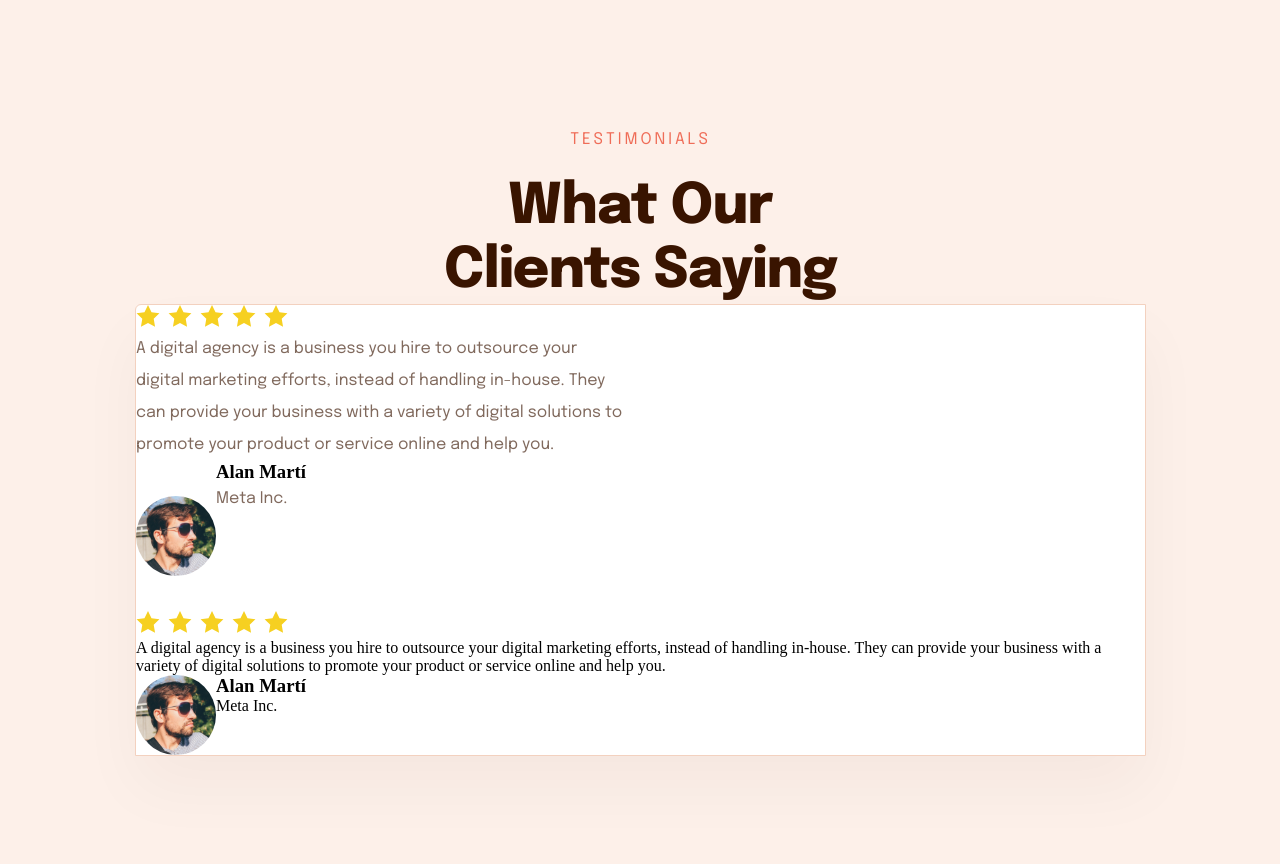
Repository: simralgasimov/task
Page: index.html
These files come from the project's save history. The page is drawn as it stood at one moment and after the next save; the edit follows.
The browser window is 1280 px wide. The pictures show the whole page.

Above is the page before, as saved 2023-09-06 13:32:27.

### index.html
<!DOCTYPE html>
<html lang="en">
  <head>
    <meta charset="UTF-8" />
    <meta name="viewport" content="width=device-width, initial-scale=1.0" />
    <title>Document</title>
    <link rel="stylesheet" href="index.css" />
  </head>
  <body>
    <div class="container">
      <h1>Testimonials</h1>
      <h2>
        What Our <br />
        Clients Saying
      </h2>
      <div class="comment">
        <div class="left-box"></div>
        <div class="right-box"></div>
        <div class="first-box">
          <div class="box-1">
            <img src="./img/star.svg" alt="" />
            <p>
              A digital agency is a business you hire to outsource your digital
              marketing efforts, instead of handling in-house. They can provide
              your business with a variety of digital solutions to promote your
              product or service online and help you.
            </p>
           <div class="user">
            <img src="./img/Oval.svg" alt="">
            <div class="user-info">
                <h3>Alan Martí</h3>
            <p>Meta Inc.</p>
            </div>




           </div>
            </div>
<div class="nth2-box">
    <div class="box-2">
        <img src="./img/star.svg" alt="" />
        <p>
          A digital agency is a business you hire to outsource your digital
          marketing efforts, instead of handling in-house. They can provide
          your business with a variety of digital solutions to promote your
          product or service online and help you.
        </p>
       <div class="user">
        <img src="./img/Oval.svg" alt="">
        <div class="user-info">
            <h3>Alan Martí</h3>
        <p>Meta Inc.</p>
        </div>
  </div>
</div>
</div>

      </div>
    </div>
  </body>
</html>

### index.css
@import url("https://fonts.googleapis.com/css2?family=Epilogue:wght@400;700;800;900&display=swap");

* {
  margin: 0;
  padding: 0;
  box-sizing: border-box;
}

.container {
  background: #fdf0e9;
  padding: 124px 134px 108px 135px;
}

.container h1 {
  color: var(--Text_Dark_Accent, #ef6d58);
  text-align: center;
  font-feature-settings: "clig" off, "liga" off;
  font-family: Epilogue;
  font-size: 16px;
  font-style: normal;
  font-weight: 400;
  line-height: 32px;
  letter-spacing: 3px;
  text-transform: uppercase;
}

.container h2 {
  margin-top: 20px;
  color: var(--Text_Dark, #391400);
  text-align: center;
  font-feature-settings: "clig" off, "liga" off;
  font-family: Epilogue;
  font-size: 56px;
  font-style: normal;
  font-weight: 800;
  line-height: 64px;
  letter-spacing: -1px;
}

.container .comment {
background-color: red;

  border-radius: 6px 0px 0px 0px;
  border: 1px solid #f3d1bf;
  background: #fff;
  box-shadow: 0px 32px 64px 0px rgba(57, 20, 0, 0.04);
}
.container .comment .box-1 p {
  width: 490px;
  height: 128px;
}
.user {
  display: flex;
}

.container .comment .first-box .box-1 p {
  color: var(--Text_Dark_Gray, rgba(57, 20, 0, 0.64));
  font-feature-settings: "clig" off, "liga" off;

  /* Text */
  font-family: Epilogue;
  font-size: 16px;
  font-style: normal;
  font-weight: 400;
  line-height: 32px; /* 200% */
}

.nt2-box {
  border-radius: 0px 0px 6px 6px;
  border: 1px solid #f3d1bf;
}

After the next save:
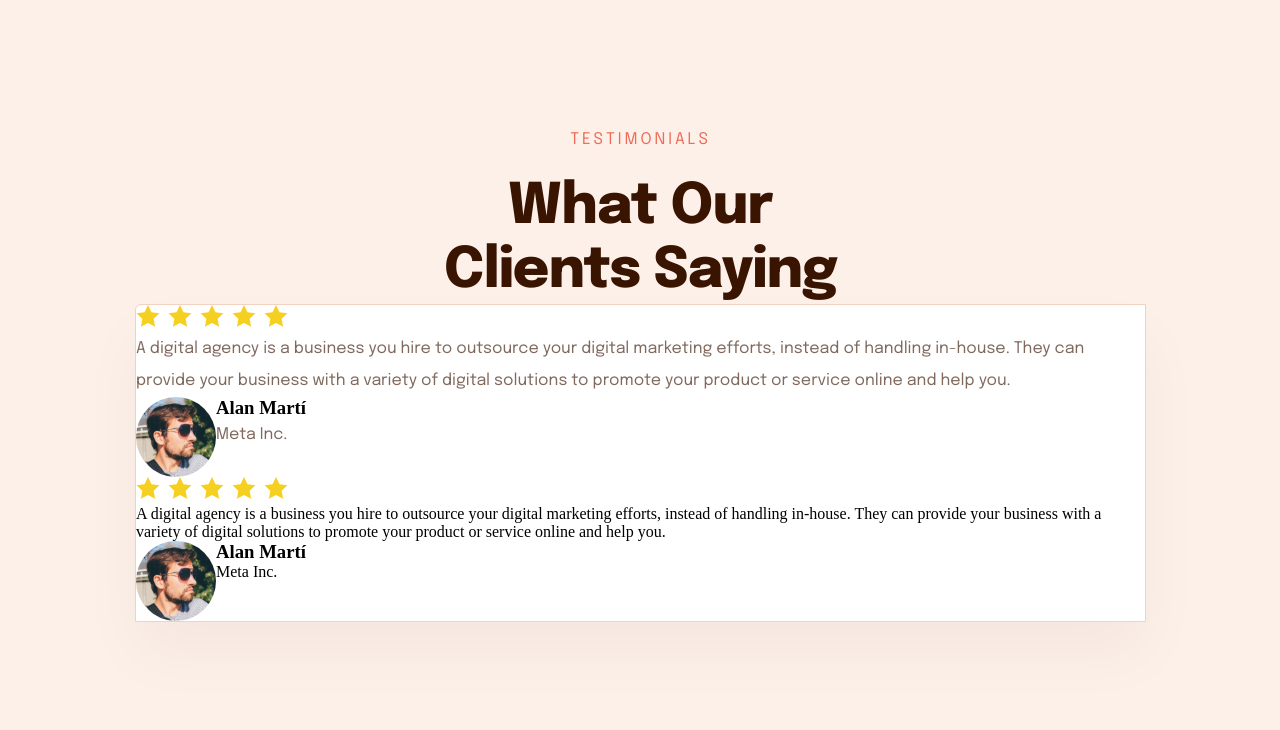
Saved 11 s later.
--- a/index.css
+++ b/index.css
@@ -45,6 +45,7 @@
   background: #fff;
   box-shadow: 0px 32px 64px 0px rgba(57, 20, 0, 0.04);
 }
+.c
 .container .comment .box-1 p {
   width: 490px;
   height: 128px;

After the save that followed:
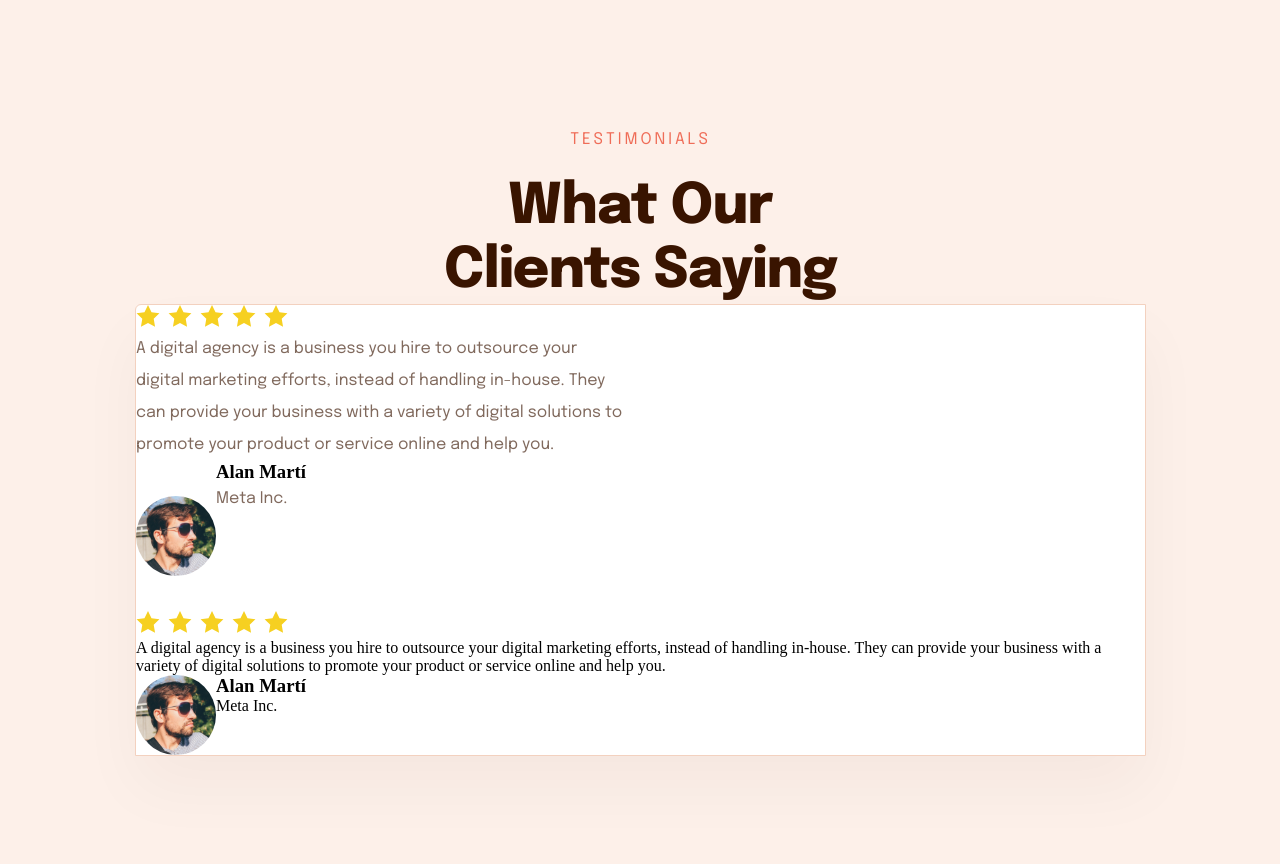
Saved 8 s later.
--- a/index.css
+++ b/index.css
@@ -45,7 +45,9 @@
   background: #fff;
   box-shadow: 0px 32px 64px 0px rgba(57, 20, 0, 0.04);
 }
-.c
+.container .comment .left-box{
+    width: ;
+}
 .container .comment .box-1 p {
   width: 490px;
   height: 128px;
